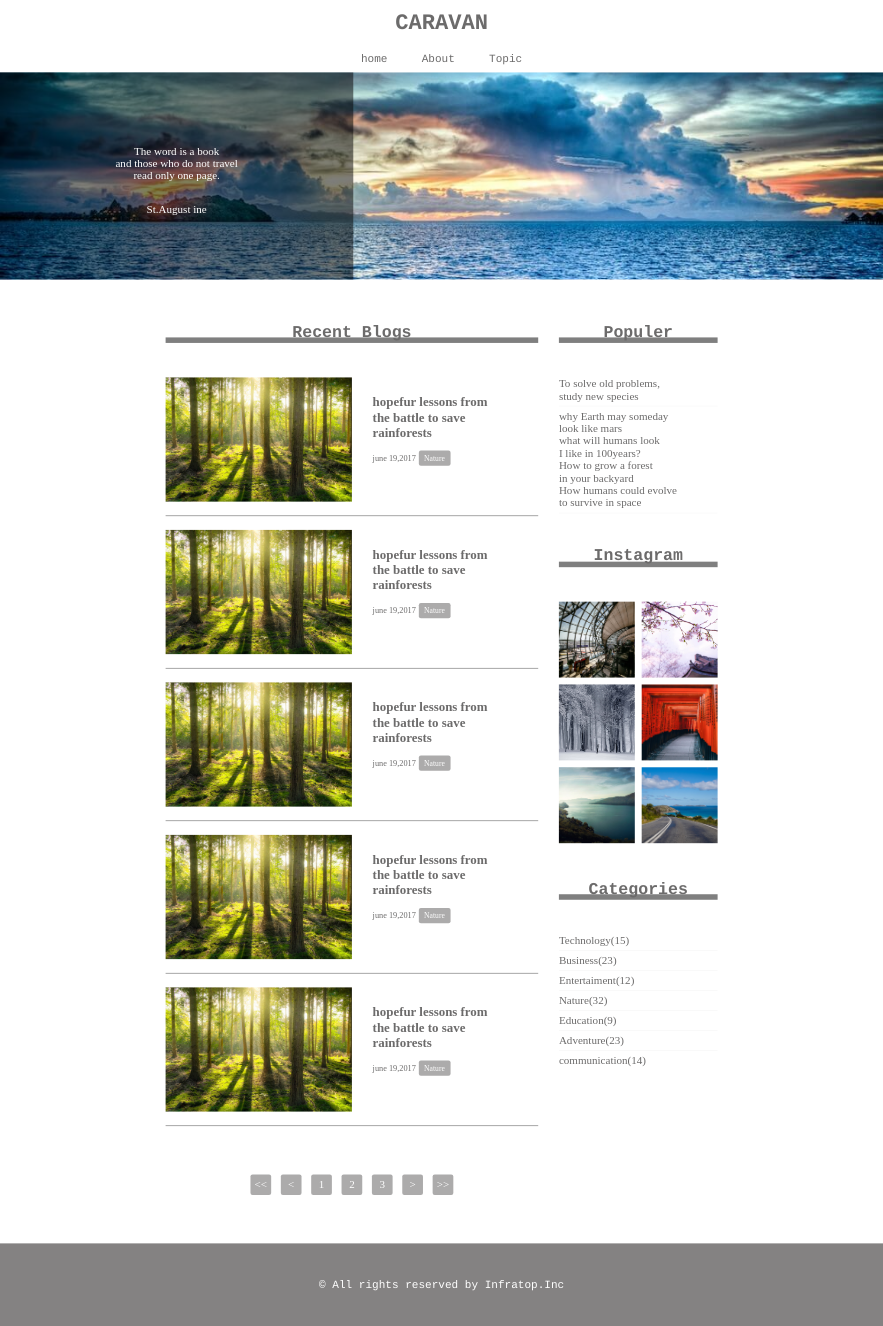
Repository: obm48er/all
Page: caravan/index.html
The author's editor kept a record of every edit. The page is drawn from the files as they stood at one moment, then again after the next edit.
The browser window is 1280 px wide. The pictures show the whole page, at 69% of full size.

Above is the page before.

### caravan/index.html
<!DOCTYPE html>
<html lang="ja">
  <head>
    <meta charset="UTF-8" />
    <link rel="stylesheet" href="style.css" />
    <title>CARAVAN</title>
  </head>

  <body>
    <header>
     <h1 class="heading">
       <a href="index.html">
       CARAVAN
       </a>
     </h1>
    </header>

    <nav>
        <ul class="nav-list">
          <li class="nav-list-item">
            <a href="index.html">home</a>
          </li>

          <li class="nav-list-item">About</li>
          <li class="nav-list-item">Topic</li>
        </ul>
    </nav>

    <div class="main-visual">
      <div class="main-visual-content">
        <p class="main-visual-text">
          The word is a book<br /> and those who do not travel<br/> read only one page.
        </p>
        <p class="main-visual-name">
          St.August ine
        </p>
      </div>
    </div>

  <main>
      <section class="blog">
        <h2 class="blog-heading">Recent Blogs</h2>

        <div class="blog-box">
        <div class="blog-item">
          <img class="blog-image" src="img/forest.jpg">
          <section class="blog-text">
            <h3 class="blog-text-heading">
              <a href=single.html>
                hopefur lessons from<br>
                the battle to save<br>
                rainforests
              </a>
            </h3>
            <p class="blog-date">june 19,2017</p>
            <span class="category">Nature</span>
          </section>
        </div>
        <div class="blog-item">
          <img class="blog-image" src="img/forest.jpg">
          <section class="blog-text">
            <h3 class="blog-text-heading">
              <a href=single.html>
                hopefur lessons from<br>
                the battle to save<br>
                rainforests
              </a>
            </h3>
            <p class="blog-date">june 19,2017</p>
            <span class="category">Nature</span>
          </section>
        </div>
        <div class="blog-item">
          <img class="blog-image" src="img/forest.jpg">
          <section class="blog-text">
            <h3 class="blog-text-heading">
              <a href=single.html>
                hopefur lessons from<br>
                the battle to save<br>
                rainforests
              </a>
            </h3>
            <p class="blog-date">june 19,2017</p>
            <span class="category">Nature</span>
          </section>
        </div>
        <div class="blog-item">
          <img class="blog-image" src="img/forest.jpg">
          <section class="blog-text">
            <h3 class="blog-text-heading">
              <a href=single.html>
                hopefur lessons from<br>
                the battle to save<br>
                rainforests
              </a>
            </h3>
            <p class="blog-date">june 19,2017</p>
            <span class="category">Nature</span>
          </section>
        </div>
        <div class="blog-item">
          <img class="blog-image" src="img/forest.jpg">
          <section class="blog-text">
            <h3 class="blog-text-heading">
              <a href=single.html>
                hopefur lessons from<br>
                the battle to save<br>
                rainforests
              </a>
            </h3>
            <p class="blog-date">june 19,2017</p>
            <span class="category">Nature</span>
          </section>
        </div>
        </div>
        <div class="pagination">
          <p><<</p>
          <p><</p>
          <p>1</p>
          <p>2</p>
          <p>3</p>
          <p>></p>
          <p>>></p>
        </div>
        </section>
      <div class="sidebar">
        <section class="popular">
          <h2 class="populer-heading common-heading">Populer</h2>
          <div class="sidebar-contents">
            <p class="popular-text">To solve old problems,<br>study new species</p>
            <p class="populer-text">why Earth may someday<br>look like mars</p>
            <p class="populer-text">what will humans look<br>I like in 100years?</p>
            <p class="populer-text">How to grow a forest<br>in your backyard</p>
            <p class="popular-text">How humans could evolve<br>to survive in space</p>
          </div>
        </section>
        <section class="instagram">
          <h2 class="instagram-heading common-heading">Instagram</h2>
          <div class="sidebar-contents">
            <div class="instagram-box"></div>
            <div class="instagram-box"></div>
            <div class="instagram-box"></div>
            <div class="instagram-box"></div>
            <div class="instagram-box"></div>
            <div class="instagram-box"></div>
          </div>
        </section>
        <section class="categories">
          <h2 class="categories-heading common-heading">Categories</h2>
          <div class="sidebar-contents">
            <p class="categories-text">Technology(15)</p>
            <p class="categories-text">Business(23)</p>
            <p class="categories-text">Entertaiment(12)</p>
            <p class="categories-text">Nature(32)</p>
            <p class="categories-text">Education(9)</p>
            <p class="categories-text">Adventure(23)</p>
            <p class="categories-text">communication(14)</p>
          </div>

        </section>
      </div>
  </main>

  <footer>
    <p class="footer-text">© All rights reserved by Infratop.Inc</p>
  </footer>




  </body>
</html>

### caravan/style.css
* {
  margin: 0;
  padding: 0;
  box-sizing: border-box;
  color: #6c6b6b;
}

a {
  text-decoration: none;
}

header,nav,h2,main-visual,footer{
  font-family:Chalkduster,"Bradley Hand",courier,"Segoe Print",sans-serif;
}

header {
  width: 90%;
  padding: 15px 0 ;
  margin: 0 auto;
  text-align: center;
  position: relative;
}
.social i {
  display: inline-block;
  margin-left: 20px;

}
.social {
  position: absolute;
  top: 22px;
  right: 22px;
}

header .heading {
  font-size: 32px;
}
.nav-list {
  text-align: center;
  padding: 10px 0;
  margin: 0 auto;
}

.nav-list-item {
  list-style: none;
  display: inline-block;
  margin: 0 20px;
}
.main-visual {
  width: 100%;
  height: 300px;
  background-image: url(img/mv.jpg);
  background-size: cover;
  background-position:center;

}

.main-visual-content {
  width: 40%;
  height: 300px;
  background-color: rgba(0,0,0,0.5);
  text-align: center;
  padding-top: 105px;

}
.main-visual-text {
  color: #fff;
}
.main-visual-name {
  margin-top: 30px;
  color: #fff;
}
main {
  width: 800px;
  display: flex;
  justify-content: center;
  margin: 0 auto;
  padding: 70px 0;
}
.blog {
  width:540px;
  margin-right: 30px;

}
.blog-heading {
  border-bottom: 8px solid #7f7f7f;
  text-align: center;
  line-height: 0.6;
}
.blog-box{
  padding-top:50px ;
}
.blog-item{
  padding-bottom: 20px;
  margin-bottom: 20px;
  border-bottom: 1px solid #7f7f7f;
  display:flex;
  justify-content:flex-start;
}
.blog-image{
  height: 180px;
}
.blog-date{
  font-size: 12px;
  display: inline-block;
}
.blog-text{
  padding: 25px 0 0 30px;
}
.blog-text-heading{
  padding-bottom: 15px;

}
.category{
  display:inline-block;
  padding: 5px 8px;
  background-color: #acabab;
  border-radius: 3px;
  color: #fff;
  font-size: 11px;
}
.pagination{
  text-align: center;
  padding-top: 50px;
}
.pagination p{
  display: inline-block;
  width: 30px;
  height: 30px;
  margin: 0 5px;
  color: #fff;
  background-color:#acabab;
  border-radius: 3px;
  line-height: 30px;
}
.sidebar {
 width: 230px;
}
.common-heading{
  border-bottom: 8px solid #7f7f7f;
  text-align: center;
  line-height: 0.6;
}
.sidebar-contents{
  padding: 50px 0;
}
.popular-text,
.categories-text{
  padding-bottom: 5px;
  border-bottom: 1px solid #f7f7f7;
  margin-bottom: 5px;
}

.populer-text:last-child,
.categories-text:last-child{
  margin: 0;
  padding: 0;
  border:none;
}
.instagram .sidebar-contents{
  display: flex;
  flex-wrap:wrap;
}
.instagram-box{
  width: 110px;
  padding-top: 110px;
  background-size: cover;
  background-position: center;
  margin-bottom: 10px;
}
.instagram-box:nth-child(odd){
  margin-right: 10px;
}
.instagram-box:nth-child(1){
  background-image: url(img/airport.jpg)
}
.instagram-box:nth-child(2){
  background-image: url(img/japan.jpg)
}
.instagram-box:nth-child(3){
  background-image: url(img/snow.jpg)
}
.instagram-box:nth-child(4){
  background-image: url(img/japan2.jpg)
}
.instagram-box:nth-child(5){
  background-image: url(img/lake.jpg)
}
.instagram-box:nth-child(6){
  background-image: url(img/road.jpg)
}

footer {
  width: 100%;
  height: 120px;
  text-align: center;
  line-height: 120px;
  background-color: #848282;
}
.footer-text {
  color: #fff;
}

After the next edit:
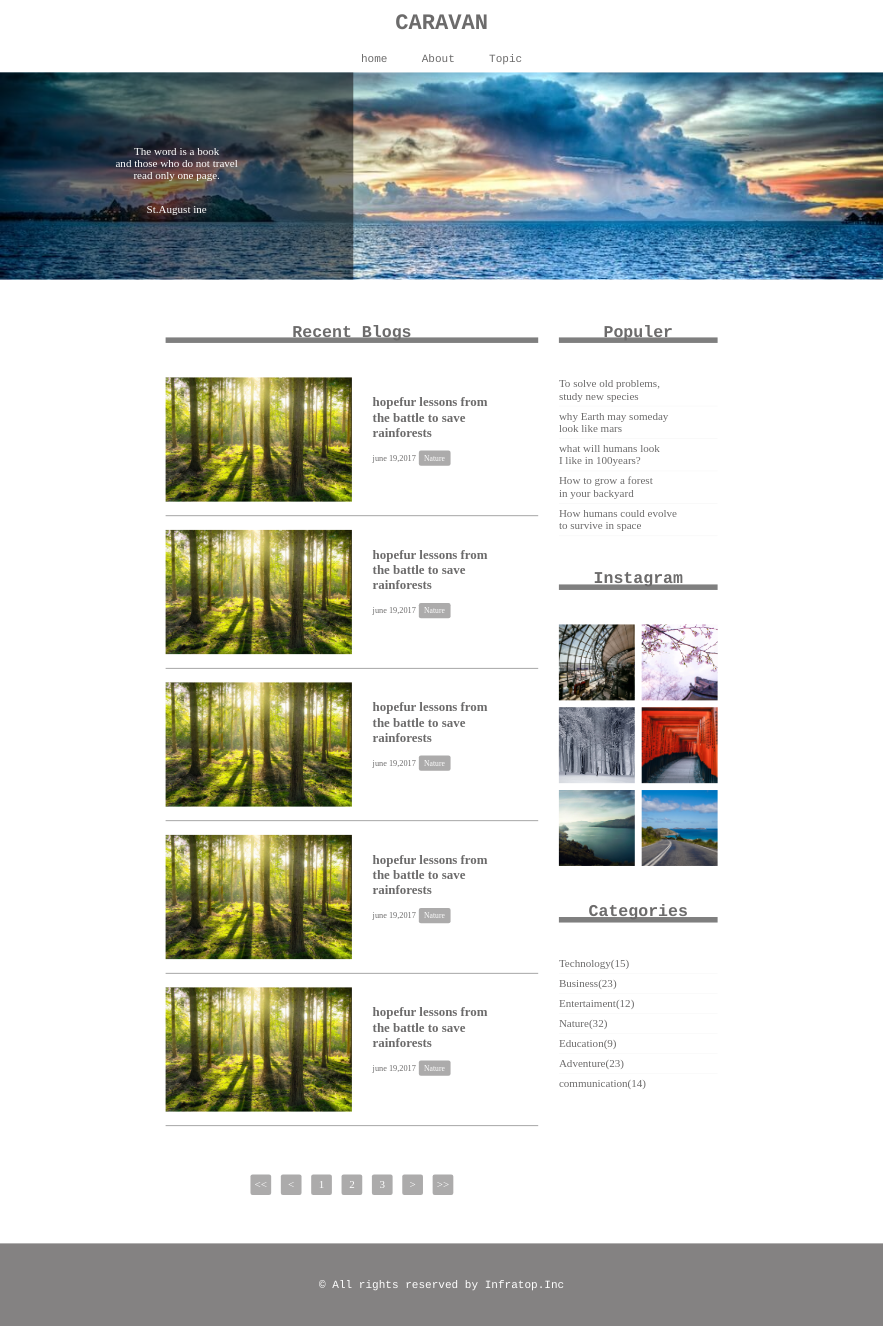
The edit:
--- a/caravan/index.html
+++ b/caravan/index.html
@@ -128,9 +128,9 @@
           <h2 class="populer-heading common-heading">Populer</h2>
           <div class="sidebar-contents">
             <p class="popular-text">To solve old problems,<br>study new species</p>
-            <p class="populer-text">why Earth may someday<br>look like mars</p>
-            <p class="populer-text">what will humans look<br>I like in 100years?</p>
-            <p class="populer-text">How to grow a forest<br>in your backyard</p>
+            <p class="popular-text">why Earth may someday<br>look like mars</p>
+            <p class="popular-text">what will humans look<br>I like in 100years?</p>
+            <p class="popular-text">How to grow a forest<br>in your backyard</p>
             <p class="popular-text">How humans could evolve<br>to survive in space</p>
           </div>
         </section>
